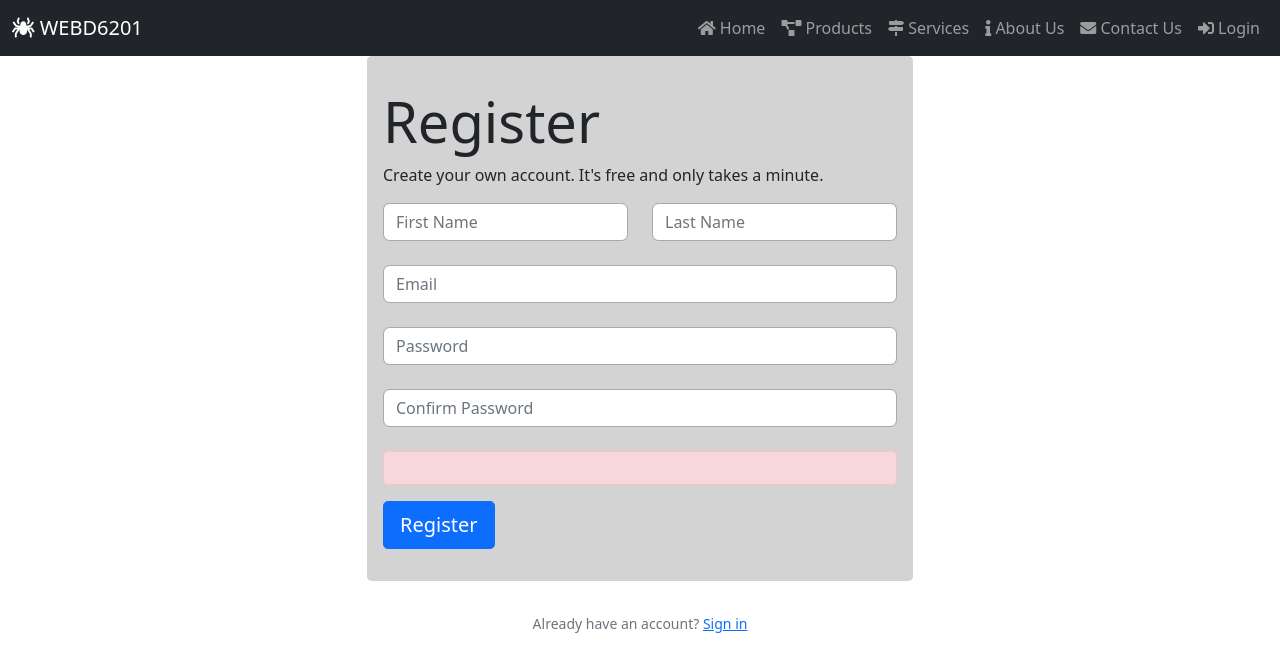
Repository: soumyann/soumyann11.github.io
Page: register.html
These files come from the project's save history. The page is drawn as it stood at one moment and after the next save; the edit follows.
The browser window is 1280 px wide. The pictures show the whole page.

Above is the page before, as saved 2022-02-27 15:43:27.

After the next save:
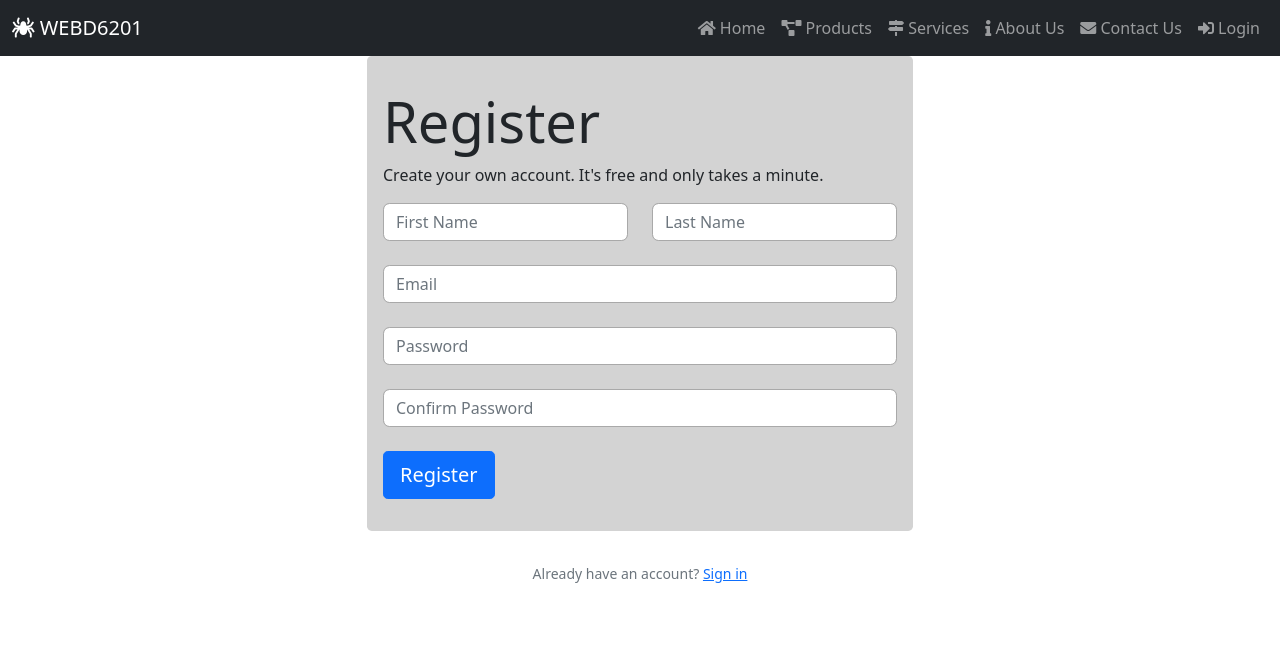
Saved 45 s later.
--- a/Scripts/app.js
+++ b/Scripts/app.js
@@ -386,7 +386,7 @@
 
         AjaxRequest("GET", "header.html", LoadHeader);
 
-
+        $("#ErrorMessage").hide();
 
         switch (document.title) {
           case "Home":
